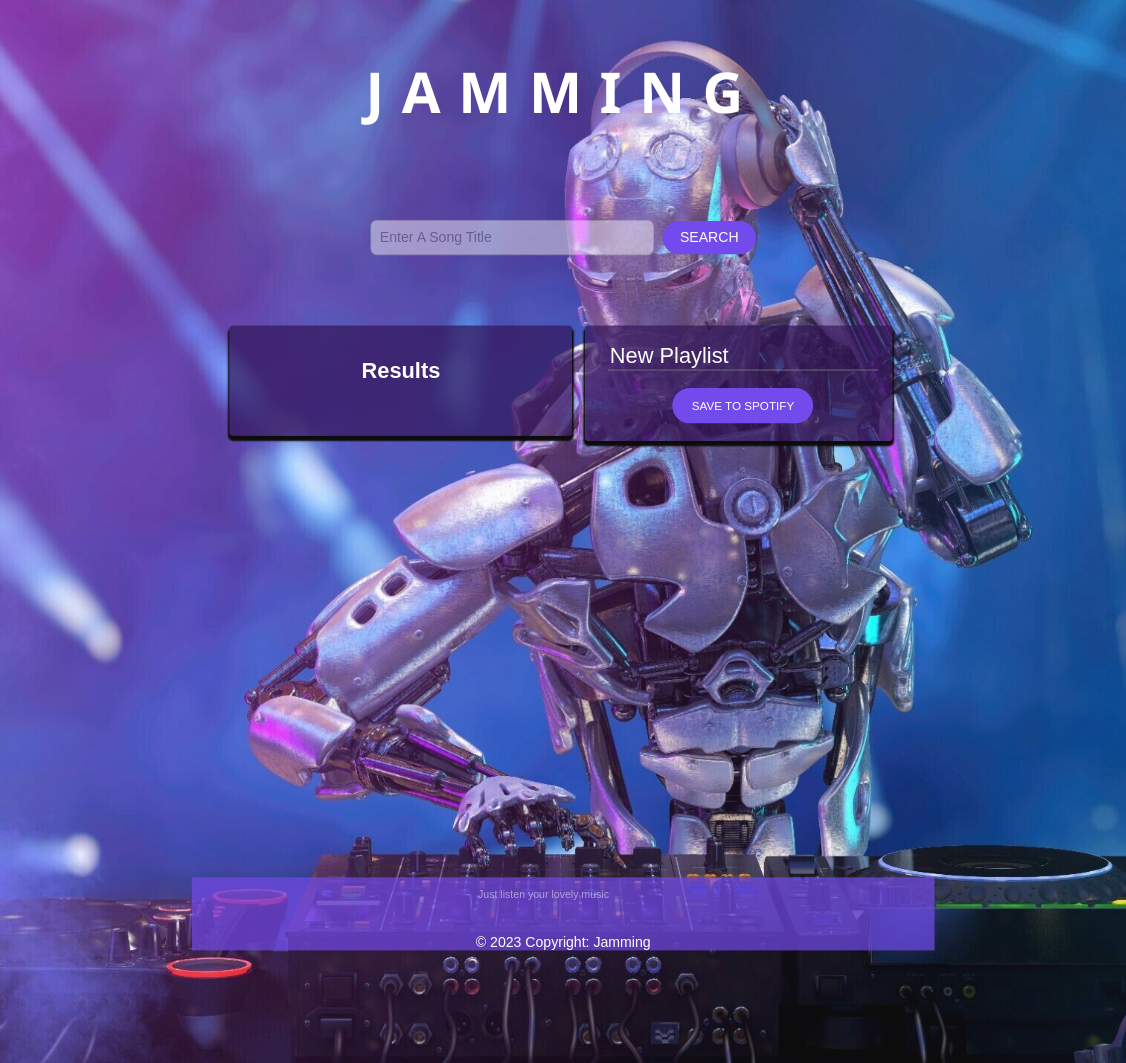
Repository: LolaSL/jamming
Page: /
These files come from the project's save history. The page is drawn as it stood at one moment and after the next save; the edit follows.
The browser window is 1280 px wide. The pictures show the whole page, at 88% of full size.
The project was rebuilt for these pictures with package versions that can differ from the ones it lists, and the page was loaded fresh each time. Also part of the build but not shown: src/components/Track/Track.jsx.

Above is the page before, as saved 2023-06-23 20:01:29.

After the next save:
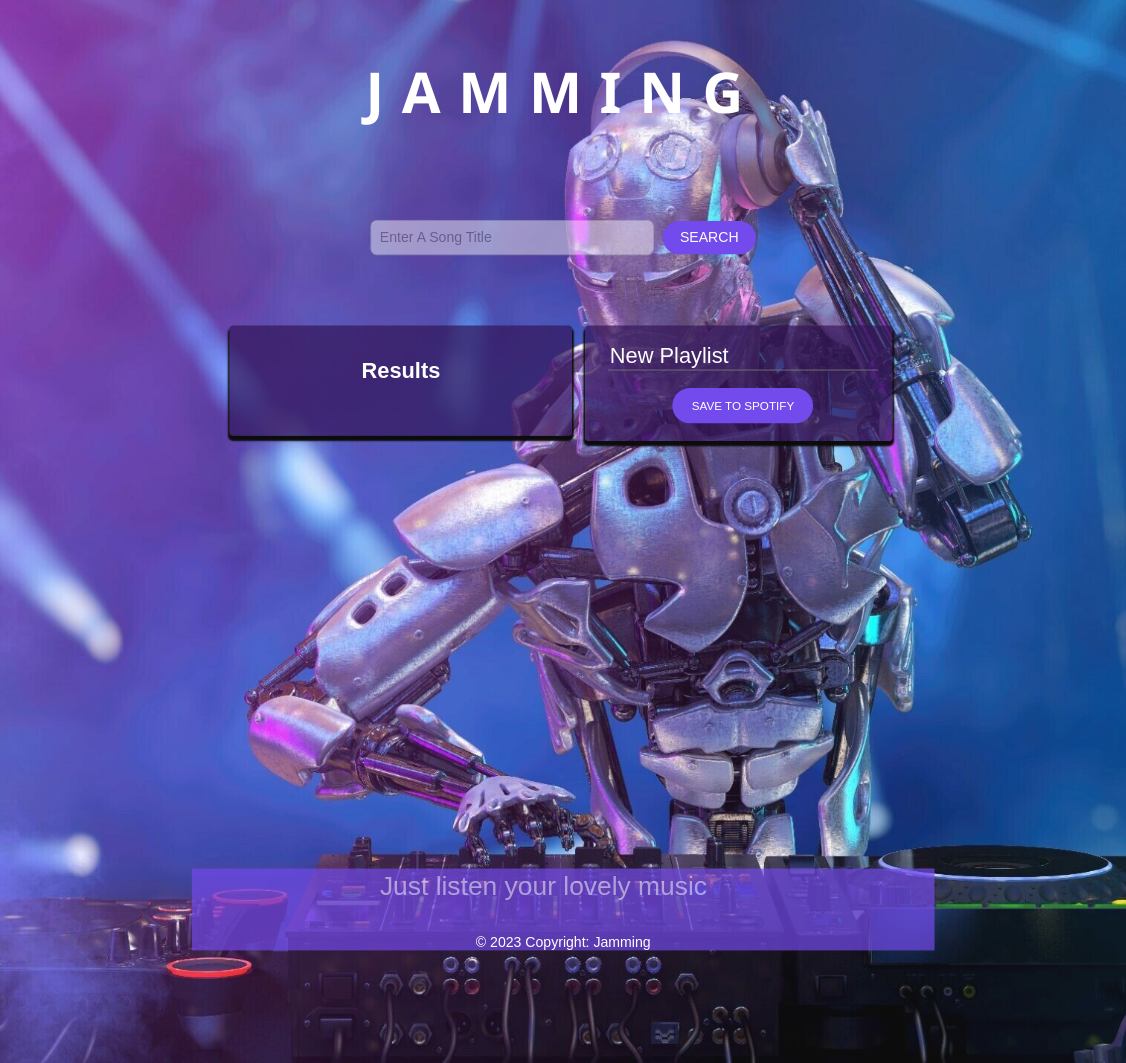
Saved 12 s later.
--- a/src/components/Footer/Footer.css
+++ b/src/components/Footer/Footer.css
@@ -7,7 +7,7 @@
     color: white;
     position: relative;
     .infoText {
-        font-size: 12px;
+        font-size: 30px;
         line-height: 20px;
         opacity: 0.5;
         text-align: center;
